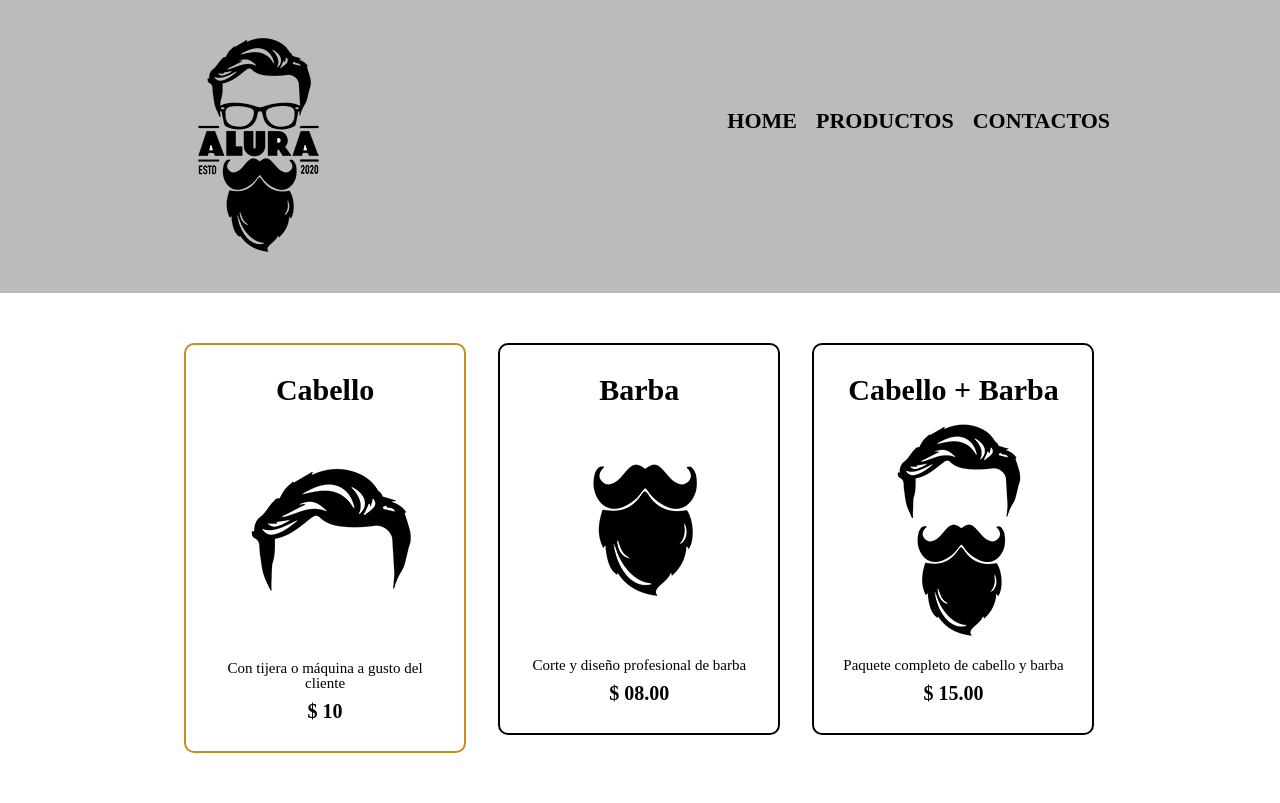
Repository: Ciromontes/Barber-a
Page: productos.html
These files come from the project's save history. The page is drawn as it stood at one moment and after the next save; the edit follows.
The browser window is 1280 px wide. The pictures show the whole page.
The pointer rests on the first visible `.productos li`.

Above is the page before, as saved 2022-12-23 22:18:07.

After the next save:
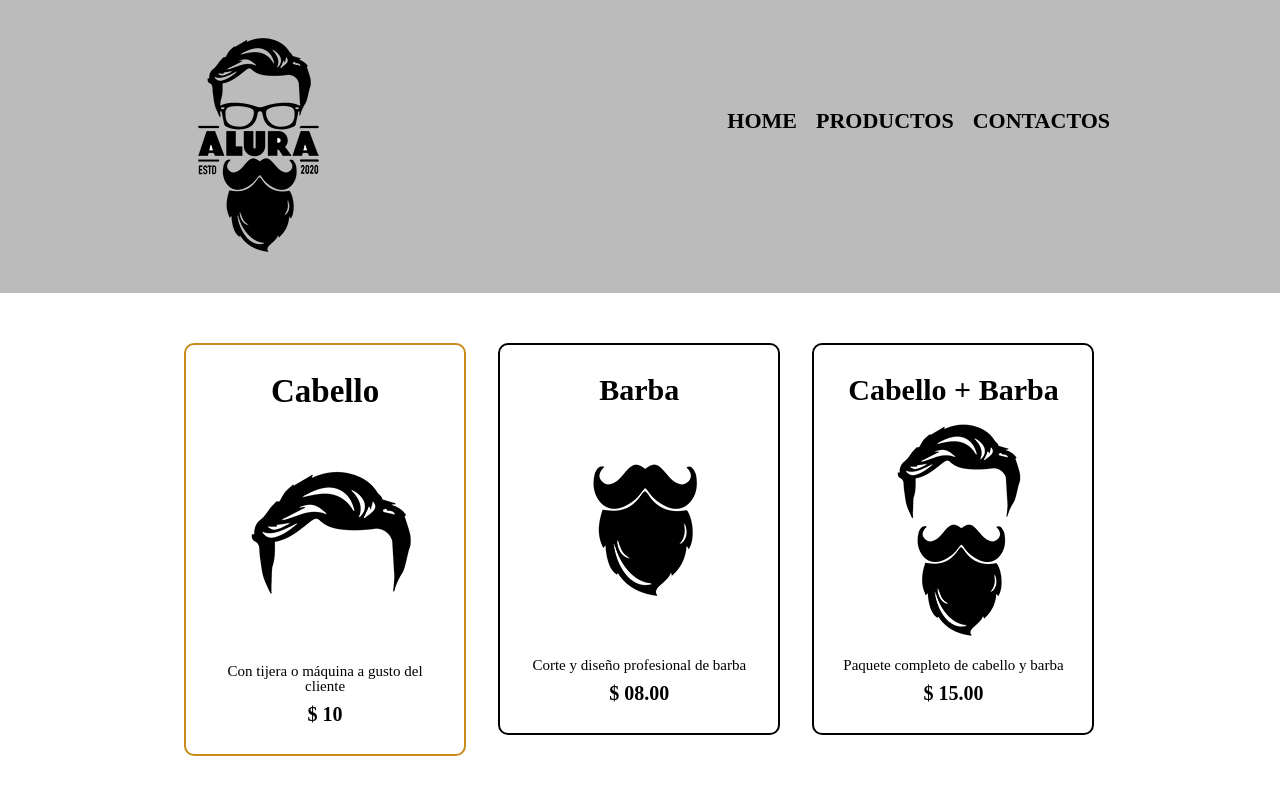
Saved 54 s later.
--- a/productos.css
+++ b/productos.css
@@ -59,6 +59,11 @@
     font-size: 33px;
 
 }
+.productos li:hover h2{
+    border-color: #c78c19;
+    font-size: 33px;
+
+}
 
 .productos li:active{
     border-color:  #088c19;
